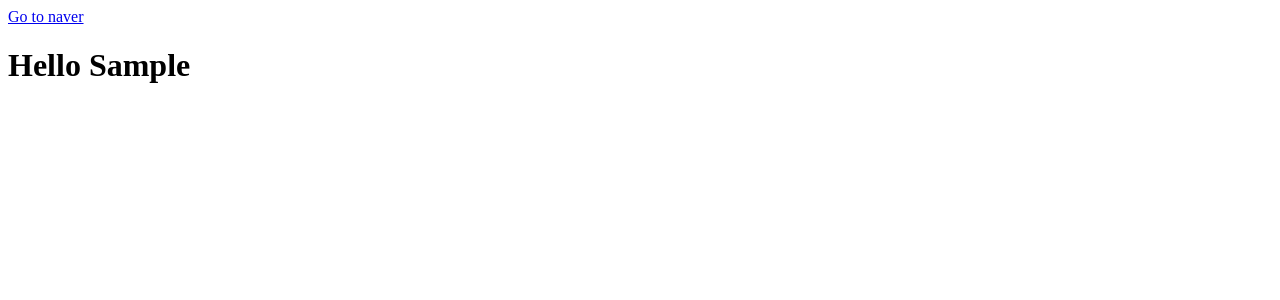
Repository: jun01270/F-E-practice
Page: index.html
An editor plug-in stored every save of this project. The page is shown before and after the next save, followed by the edit.
The browser window is 1280 px wide. The pictures show the whole page.
Empty fields were first filled with sample values (such as "Sample", 5 or name@example.com).
After loading, the first visible `#userName-form` was submitted once.

Above is the page before, as saved 2022-12-22 16:45:38.

After the next save:
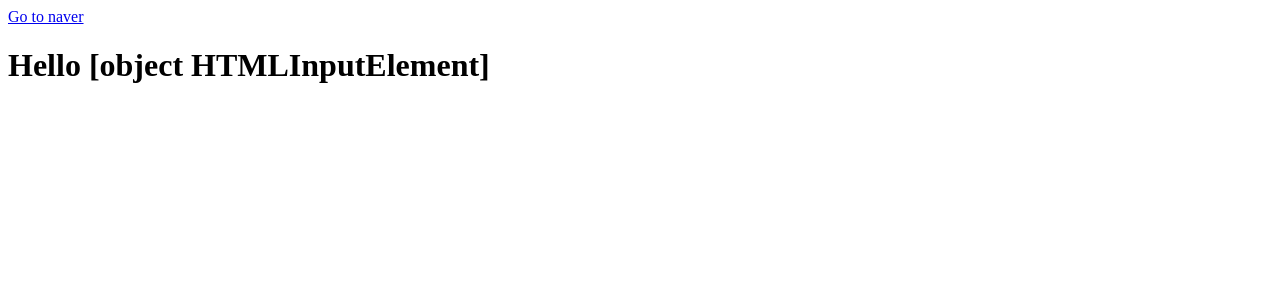
Saved 34 s later.
--- a/app.js
+++ b/app.js
@@ -9,21 +9,18 @@
   loginForm.classList.add("hidden");
   const userName1 = userName.value;
   localStorage.setItem("username", userName1);
-  console.log(userName1);
-  firstH1.classList.remove("hidden");
-  firstH1.innerText = `Hello ${userName1}`;
+  paintUserName(userName);
 }
 
 loginForm.addEventListener("submit", loginResult);
 
-function paintUserName() {
-  firstH1.innerText = `Hello ${userName1}`;
+function paintUserName(userName) {
+  firstH1.innerText = `Hello ${userName}`;
   firstH1.classList.remove("hidden");
 }
 
 if (SavedUserName === null) {
   loginForm.classList.remove("hidden");
 } else {
-  firstH1.classList.remove("hidden");
-  firstH1.innerText = `Hello ${SavedUserName}`;
+  paintUserName(userName);
 }

After the 3 saves that followed:
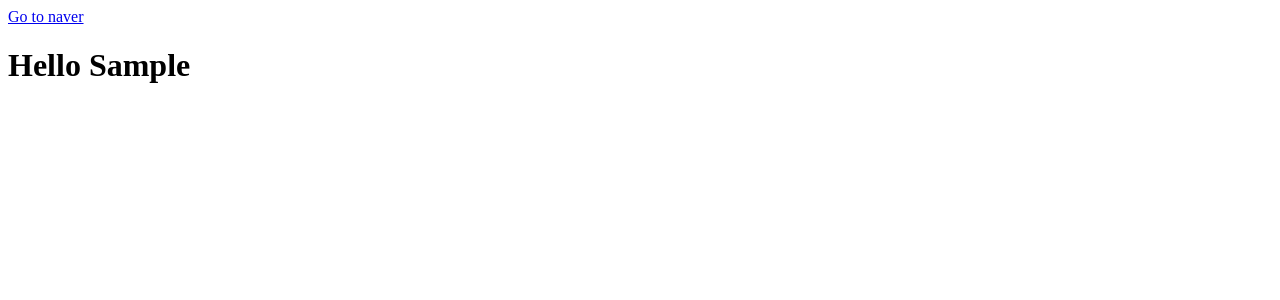
The 3 saves are shown as one change because 2 left the picture as it was.
The last was saved 2 min 17 s later.
--- a/app.js
+++ b/app.js
@@ -15,12 +15,13 @@
 loginForm.addEventListener("submit", loginResult);
 
 function paintUserName(userName) {
-  firstH1.innerText = `Hello ${userName}`;
+  firstH1.innerText = `Hello ${userName.value}`;
   firstH1.classList.remove("hidden");
 }
 
 if (SavedUserName === null) {
   loginForm.classList.remove("hidden");
+  loginForm.addEventListener("submit", loginResult);
 } else {
-  paintUserName(userName);
+  paintUserName(SavedUserName);
 }
